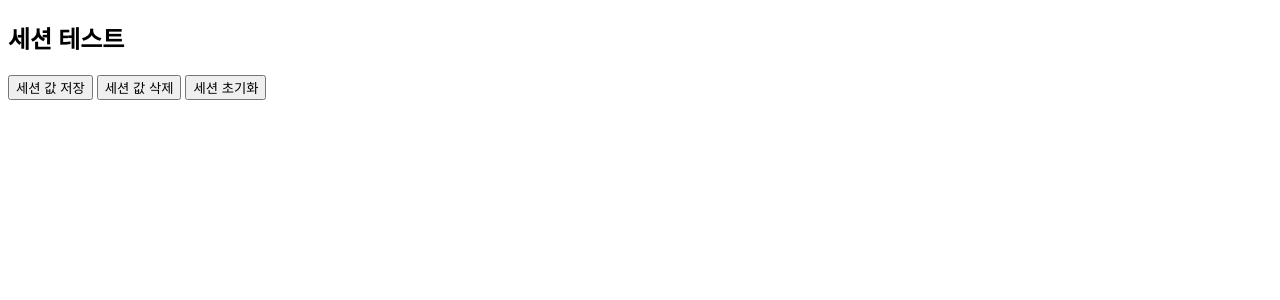
Repository: serendipity63/jsp_workspace
Page: http://localhost/JspExam5/sessionTest.jsp
These files come from the project's save history. The page is drawn as it stood at one moment and after the next save; the edit follows.
The browser window is 1280 px wide. The pictures show the whole page.
The page is served by Tomcat 9. Other server files are loaded and not shown.

Above is the page before, as saved 2023-09-20 07:28:07.

### JspExam5/src/main/webapp/sessionTest.jsp
<%@ page language="java" contentType="text/html; charset=UTF-8"
    pageEncoding="UTF-8"%>
<%
	String nickname=(String)session.getAttribute("nickname");
	if(nickname!=null){
		nickname="세션 값 없음";
	}
%>
<!DOCTYPE html>
<html>
<head>
<meta charset="UTF-8">
<title>Insert title here</title>
</head>
<body>
<h2>세션 테스트</h2>
<input type="button" onclick="location.href='sessionSet.jsp'" value="세션 값 저장"/>
<input type="button" onclick="location.href='sessionDel.jsp'" value="세션 값 삭제"/>
<input type="button" onclick="location.href='sessionInvalidate.jsp'" value="세션 초기화"/>
</body>
</html>

After the next save:
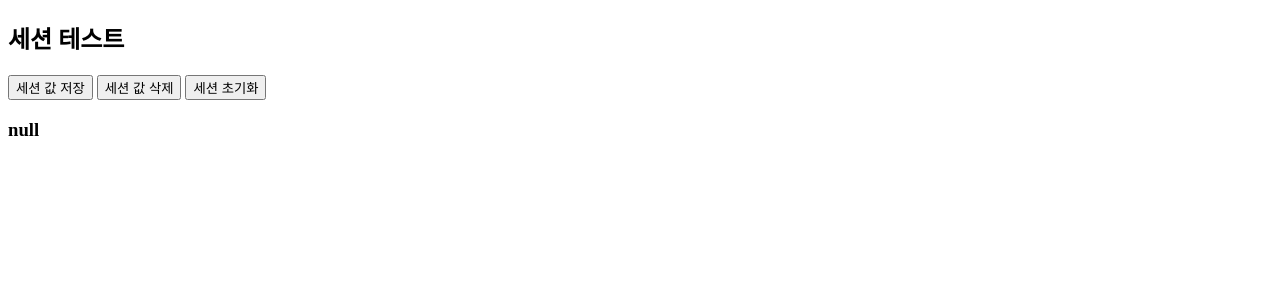
Saved 34 s later.
--- a/JspExam5/src/main/webapp/sessionTest.jsp
+++ b/JspExam5/src/main/webapp/sessionTest.jsp
@@ -17,5 +17,6 @@
 <input type="button" onclick="location.href='sessionSet.jsp'" value="세션 값 저장"/>
 <input type="button" onclick="location.href='sessionDel.jsp'" value="세션 값 삭제"/>
 <input type="button" onclick="location.href='sessionInvalidate.jsp'" value="세션 초기화"/>
+<h3><%=nickname %></h3>
 </body>
 </html>
